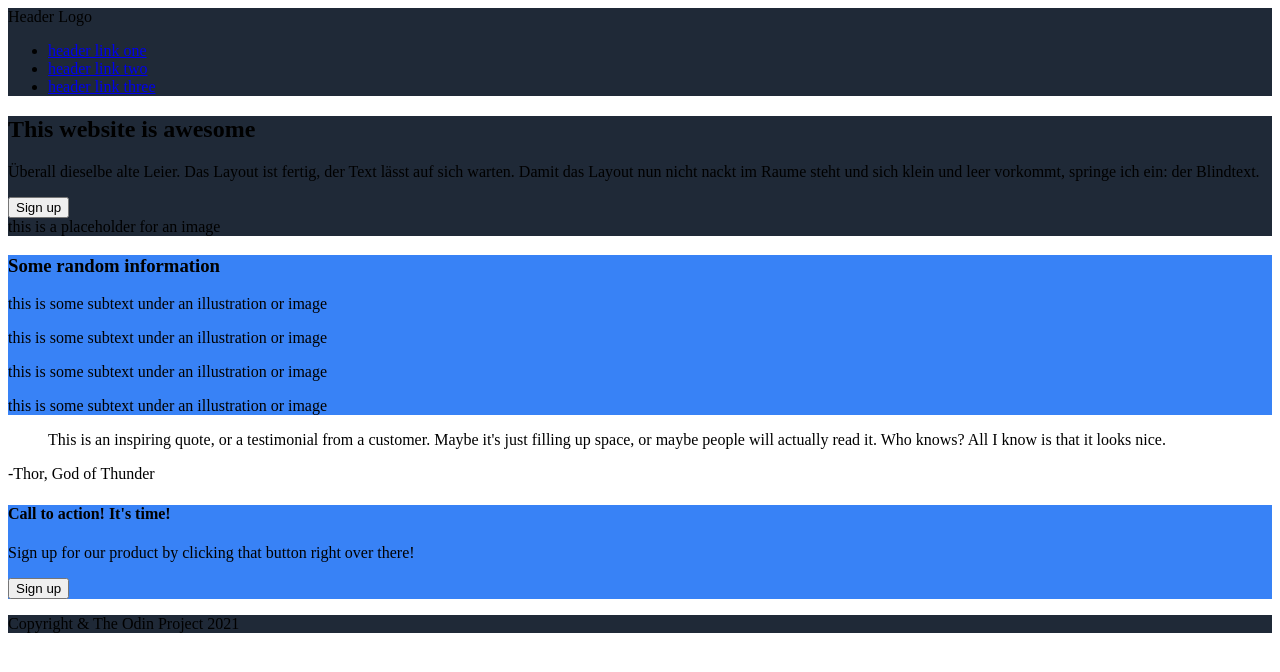
Repository: evemcd/odin_project
Page: odin-project2-landing-page/index.html
An editor plug-in stored every save of this project. The page is shown before and after the next save, followed by the edit.
The browser window is 1280 px wide. The pictures show the whole page.

Above is the page before, as saved 2022-02-08 09:04:00.

### odin-project2-landing-page/index.html
<!DOCTYPE html>
<html lang="en">
<head>
    <meta charset="UTF-8">
    <title>Odin Project 2 Landing Page</title>
    <link rel="stylesheet" href="style.css">
</head>
<body>
    <header>
        <span>Header Logo</span>
        <ul>
            <li><a href="#">header link one</a></li>
            <li><a href="#">header link two</a></li>
            <li><a href="#">header link three</a></li>
        </ul>
    </header>

    <div class="container1">
        <div>
            <h2>This website is awesome</h2>
            <p>Überall dieselbe alte Leier. Das Layout ist fertig, der Text lässt auf sich warten. Damit das Layout nun nicht nackt im Raume steht und sich klein und leer vorkommt, springe ich ein: der Blindtext.</p>
            <button>Sign up</button>
        </div>
        <div>
            <span>this is a placeholder for an image</span>
        </div>
    </div>

    <div class="container2">
        <h3>Some random information</h3>
        <div>
            <div>
                <div class="box"></div>
                <p>this is some subtext under an illustration or image</p>
            </div>
            <div>
                <div class="box"></div>
                <p>this is some subtext under an illustration or image</p>
            </div>
            <div>
                <div class="box"></div>
                <p>this is some subtext under an illustration or image</p>
            </div>
            <div>
                <div class="box"></div>
                <p>this is some subtext under an illustration or image</p>
            </div>
        </div>
    </div>

    <div class="container3">
        <blockquote>This is an inspiring quote, or a testimonial from a customer. Maybe it's just filling up space, or maybe people will actually read it. Who knows? All I know is that it looks nice.</blockquote>
        <span>-Thor, God of Thunder</span>
    </div>

    <div class="container4">
        <div>
            <div>
            <h4>Call to action! It's time!</h4>
            <p>Sign up for our product by clicking that button right over there!</p>
        </div>
        <button>Sign up</button>
        </div>
    </div>

    <footer>
        <p>Copyright &amp; The Odin Project 2021</p>
    </footer>
</body>
</html>

### odin-project2-landing-page/style.css
header,
.container1,
footer {
    background-color: #1F2937;
}

.container2,
.container4 {
    background-color: #3882F6;
}

After the next save:
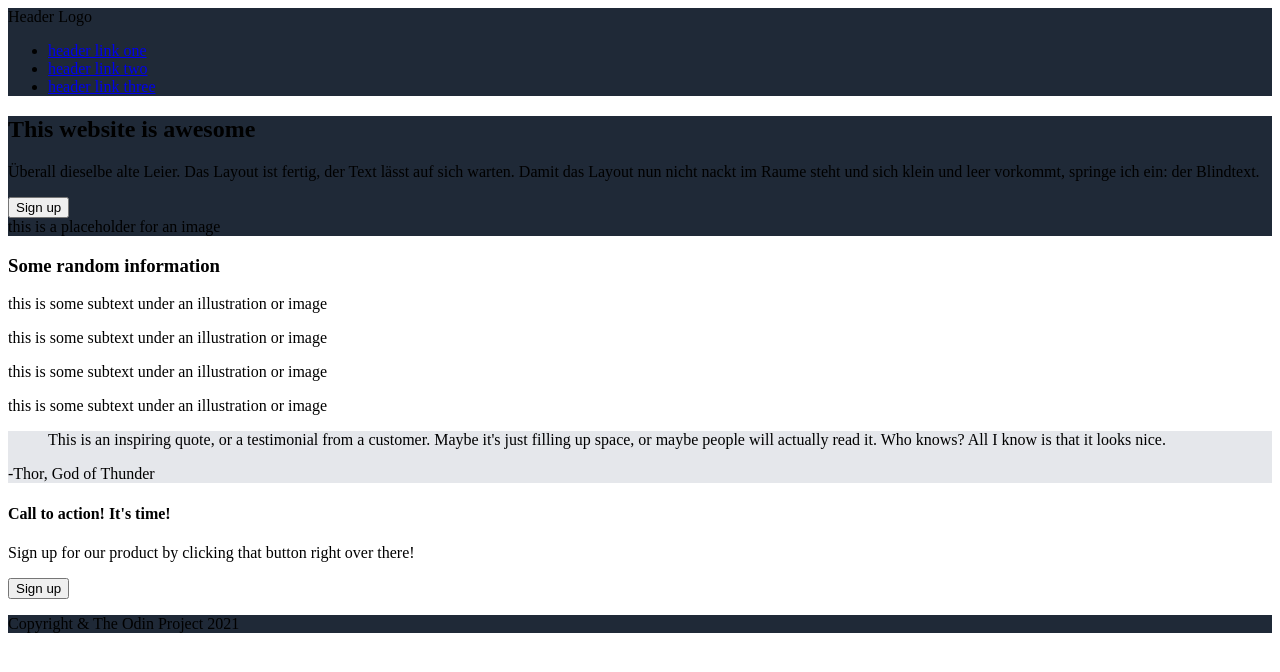
Saved 42 s later.
--- a/odin-project2-landing-page/style.css
+++ b/odin-project2-landing-page/style.css
@@ -6,5 +6,9 @@ footer {
 
 .container2,
 .container4 {
-    background-color: #3882F6;
+    background-color: white;
 }
+
+.container3 {
+    background-color: #E5E7EB;
+}
